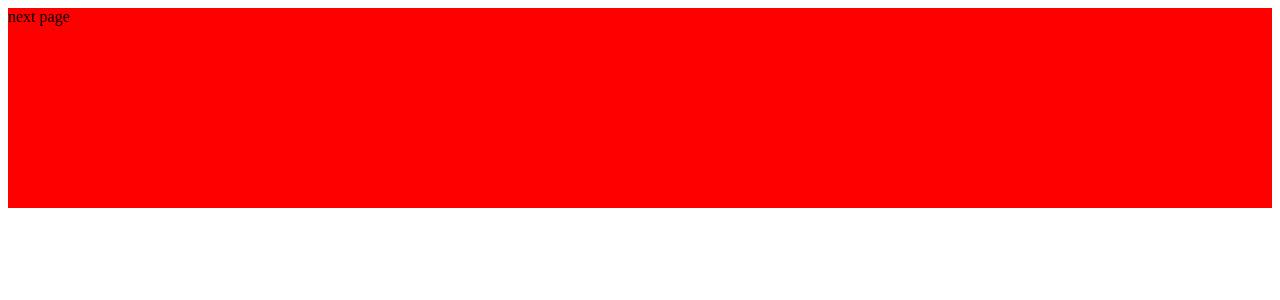
Repository: tcygoodgirl/h5-vue-template
Page: /#/next
The author's editor kept a copy of each file at every save. The page is drawn from the files as they stood at one save, then again after the next save.
The browser window is 1280 px wide. The pictures show the whole page.
The project was rebuilt for these pictures with package versions that can differ from the ones it lists, and the page was loaded fresh each time. Also part of the build but not shown: vite.config.ts.

Above is the page before, as saved 2024-10-06 23:13:12.

### src/main.ts
import { createApp } from 'vue'
import App from './App.vue'
import router from './router/index.ts'
import store from './store'

const app = createApp(App)
app.use(router)
app.use(store)
app.mount('#app')

### src/App.vue
<template>
	<div>
		<router-view v-slot="{ Component }">
			<keep-alive>
				<component :is="Component" v-if="$route.meta.keepAlive"></component>
			</keep-alive>
			<component :is="Component" v-if="!$route.meta.keepAlive"></component>
		</router-view>
	</div>
</template>

<script setup lang="ts"></script>

### src/router/index.ts
import { createRouter, createWebHashHistory } from 'vue-router'

const routes = [
	{
		path: '/index',
		component: () => import('@/views/page-index.vue'),
		meta: {
			keepAlive: true
		}
	},
	{
		path: '/next',
		component: () => import('@/views/next.vue')
	}
]

const router = createRouter({
	history: createWebHashHistory(),
	routes
})

export default router

### src/store/index.ts
import { createStore } from 'vuex'
import app from './app.ts'
import next from './next.ts'
import createPersistedState from 'vuex-persistedstate'

const store = createStore({
	modules: {
		app,
		next
	},
	plugins: [
		createPersistedState({
			storage: window.sessionStorage // 或者 localStorage
		})
	]
})

export default store

### src/views/next.vue
<template>
	<div>next page</div>
</template>
<script setup></script>
<style lang="scss">
div {
	height: 200px;
	background-color: red;
}
</style>

### src/store/app.ts
import appState from '../types/store/app'

export default {
	namespaced: true,
	state() {
		return {
			count: 0
		}
	},
	mutations: {
		increment(state: appState) {
			state.count++
		}
	}
}

### src/store/next.ts
import nextState from '../types/store/next'

export default {
	namespaced: true,
	state() {
		return {
			count: 0
		}
	},
	mutations: {
		increment(state: nextState) {
			state.count++
		}
	}
}

### src/assets/scss/global.scss
@import './constant.scss';
@import './extend.scss';
@import './mixins.scss';

### src/assets/scss/extend.scss
.primary-btn {
  color: #fff;
  border-radius: 4px;
}

### src/assets/scss/mixins.scss
@mixin no-border {
  border: none;
}

Loaded but not shown: index.html (common file); src/assets/scss/constant.scss (common file)

After the next save:
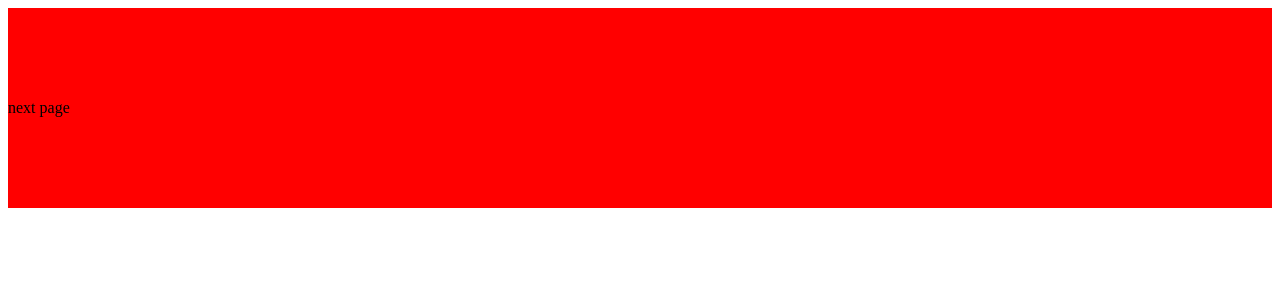
Saved 25 s later.
--- a/src/views/next.vue
+++ b/src/views/next.vue
@@ -5,6 +5,7 @@
 <style lang="scss">
 div {
 	height: 200px;
+	line-height: 200px;
 	background-color: red;
 }
 </style>
